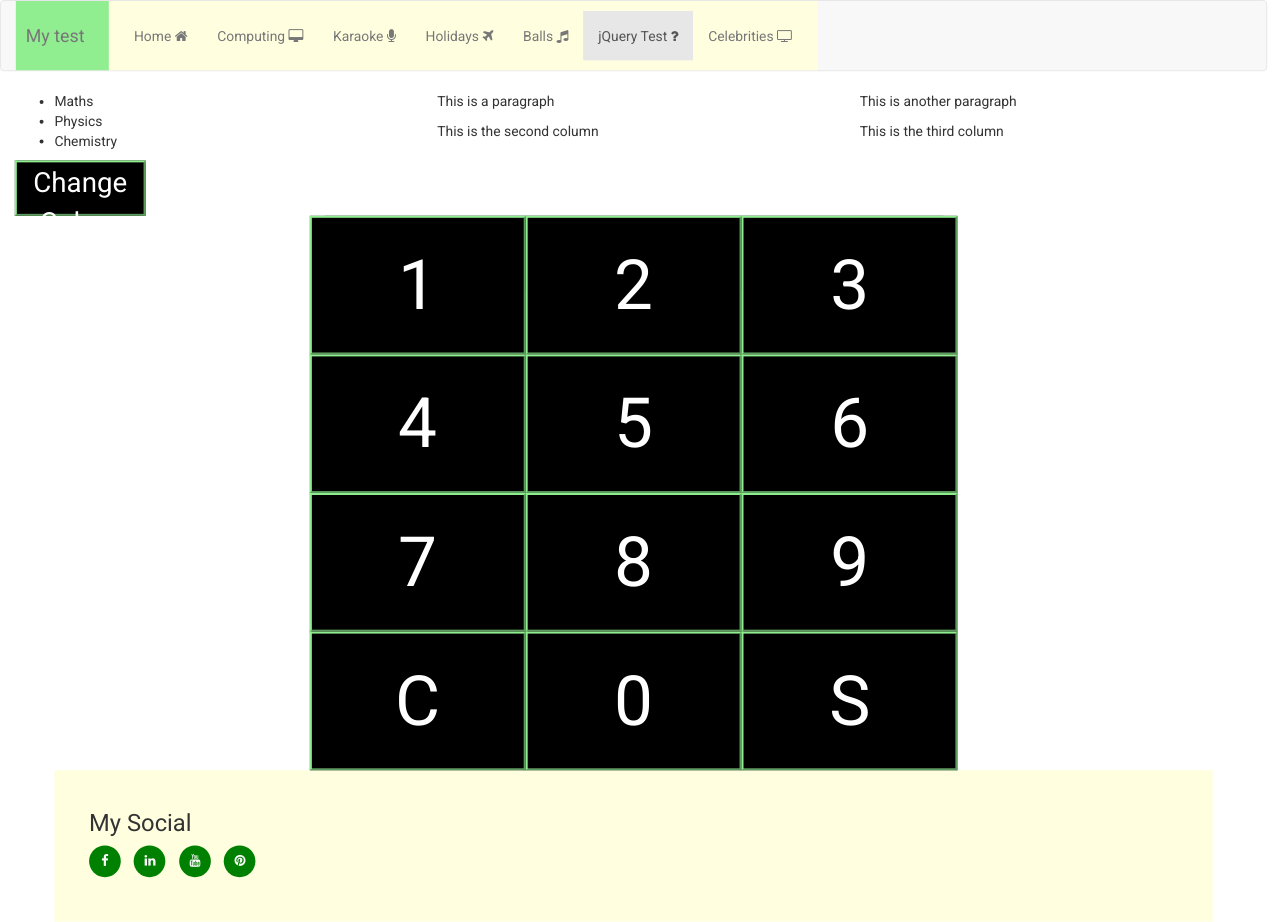
Repository: derektypist/bootstrap
Page: jquerydemo.html
The author's editor kept a record of every edit. The page is drawn from the files as they stood at one moment, then again after the next edit.
The browser window is 1280 px wide. The page is 1280 px wide, then 1295 px, so the pictures cover 1295 px, including what lies to the right of the window. The pictures show the whole page, at 99% of full size.
Some web libraries are served in a nearby version.

Above is the page before.

After the next edit:
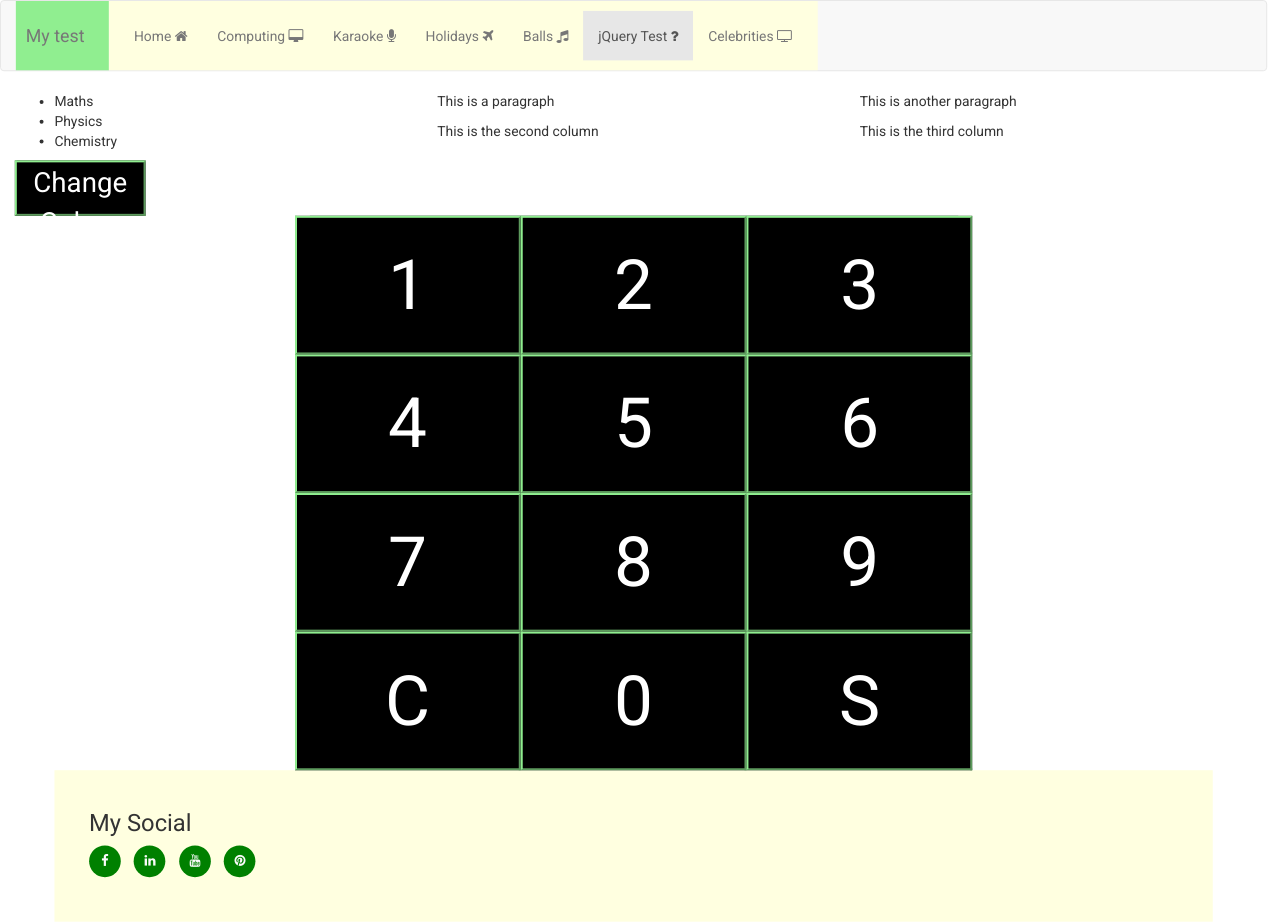
The edit:
--- a/jquerydemo.html
+++ b/jquerydemo.html
@@ -72,7 +72,7 @@
        </section>
 
         <!-- Set Up Keypad -->
-        <section class="container-fluid"
+        <section class="container-fluid" id="keypad"></section>
         <article class="row">
             <article id="keypad">
                 <article id="display"></div>
